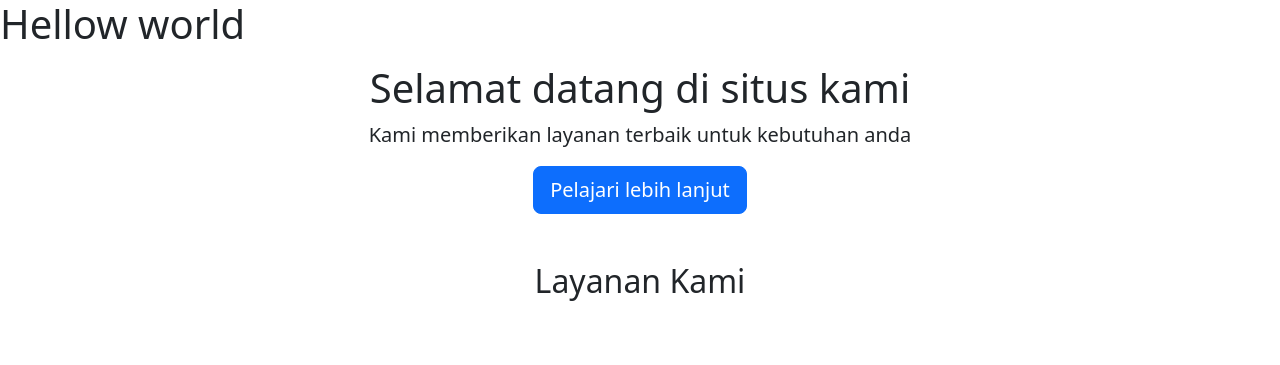
Repository: aryowisang/mbg
Page: latihan-24.html
The author's editor kept a copy of each file at every save. The page is drawn from the files as they stood at one save, then again after the next save.
The browser window is 1280 px wide. The pictures show the whole page.

Above is the page before, as saved 2026-04-30 14:07:11.

After the next save:
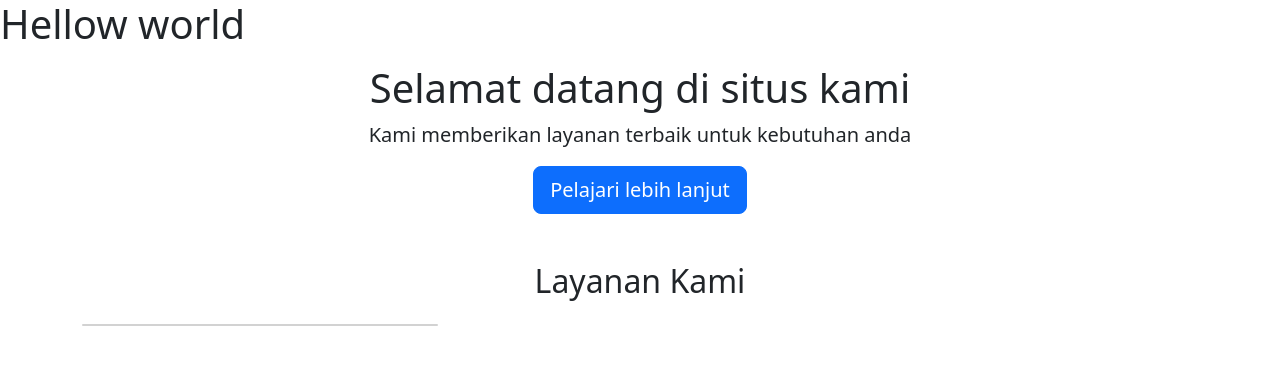
Saved 9 s later.
--- a/latihan-24.html
+++ b/latihan-24.html
@@ -20,7 +20,7 @@
         <h2 class="text-center mb-4">Layanan Kami</h2>
         <div class="row">
             <div class="col-md-4 fade-in-up">
-                <div class
+                <div class="card"
             </div>
         </div>
     </section>
